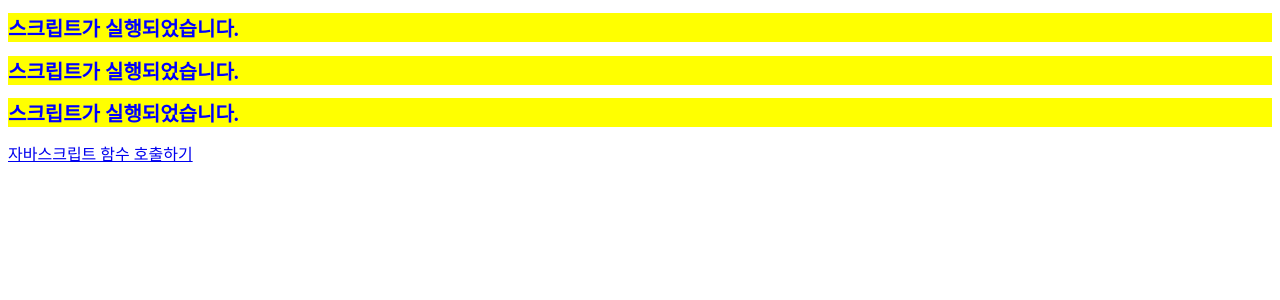
Repository: codelily98/Web
Page: JavaScript/src/main/webapp/javascript/exam19-2.html
An editor plug-in stored every save of this project. The page is shown before and after the next save, followed by the edit.
The browser window is 1280 px wide. The pictures show the whole page.
After loading, the first visible `a` was clicked once.

Above is the page before, as saved 2024-08-20 06:33:15.

After the next save:
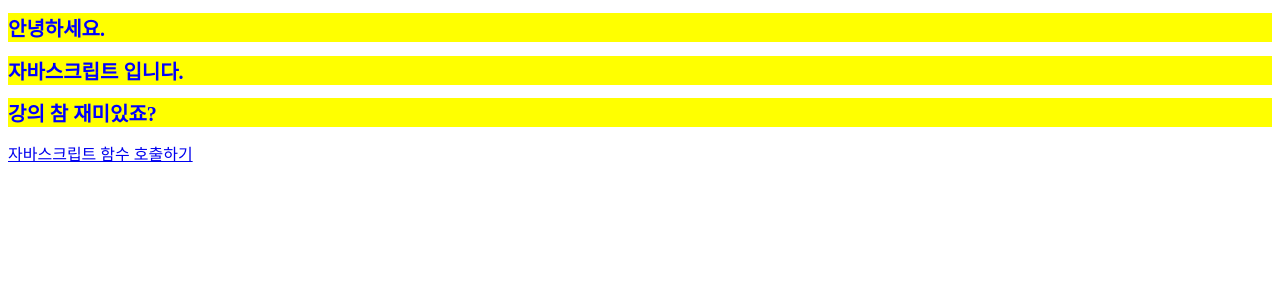
Console error: ReferenceError: doPrint is not defined
Saved 108 s later.
--- a/JavaScript/src/main/webapp/javascript/exam19-2.html
+++ b/JavaScript/src/main/webapp/javascript/exam19-2.html
@@ -18,14 +18,7 @@
 	<h1 class="myid">강의 참 재미있죠?</h1>
 	<a href="#" onclick="doPrint()">자바스크립트 함수 호출하기</a>
 <script type="text/javascript">
-function doPrint() {
-	var myTags = document.getElementsByClassName("myid");
-	alert(myTags);
-
-	for(var i=0; i<myTags.length; i++) {
-		myTags[i].innerText = "스크립트가 실행되었습니다.";
-	}//for
-}
+var myTag = document.querySelector(".myid");
 </script>
 </body>
 </html>
